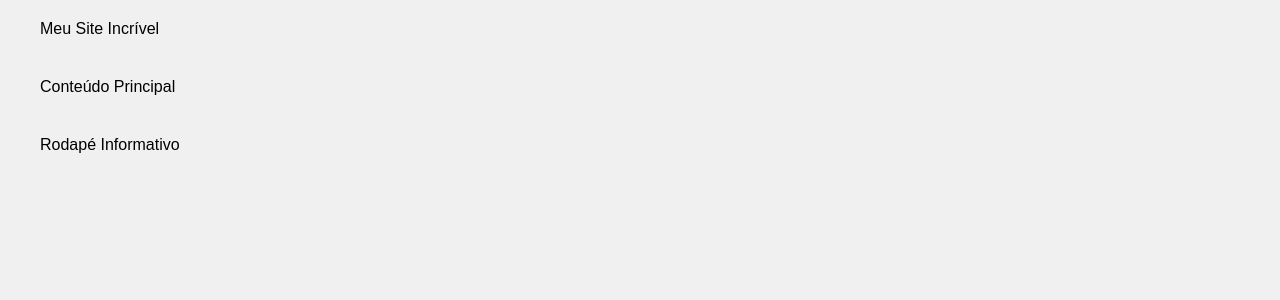
Repository: douglasabnovato/model-lp
Page: index.html
An editor plug-in stored every save of this project. The page is shown before and after the next save, followed by the edit.
The browser window is 1280 px wide. The pictures show the whole page.

Above is the page before, as saved 2025-02-24 16:39:25.

After the next save:
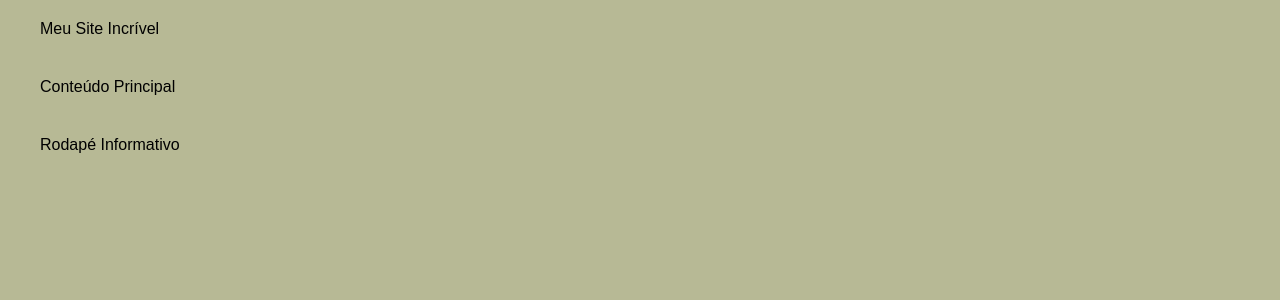
Saved 38 s later.
--- a/style.css
+++ b/style.css
@@ -2,6 +2,7 @@
 body {
   font-family: Arial, sans-serif;
   margin: 0;
+  background-color: #65691c77;
 }
 
 header,
@@ -13,7 +14,7 @@ footer {
 /* Media Query para telas maiores */
 @media (min-width: 768px) {
   body {
-    background-color: #f0f0f0;
+    background-color: #65691c77;
   }
 
   header,
